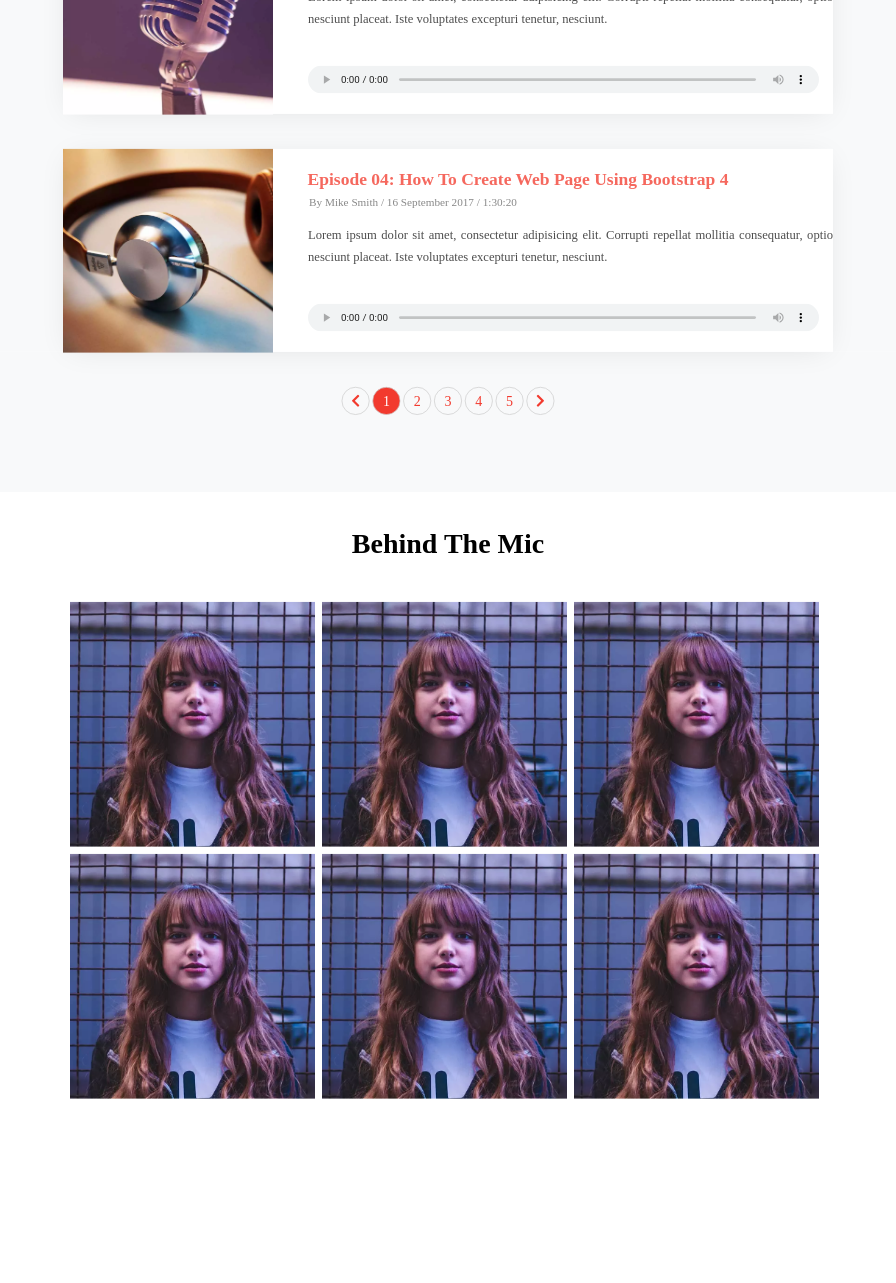
Repository: nhutduy0803/template2
Page: index.html
These files come from the project's save history. The page is drawn as it stood at one moment and after the next save; the edit follows.
The browser window is 1280 px wide. The pictures show the part of the page from y = 2164 to 4084 px (the page is 3997 px tall before and 4084 px after), at 70% of full size.

Above is the page before, as saved 2021-12-09 14:34:10.

After the next save:
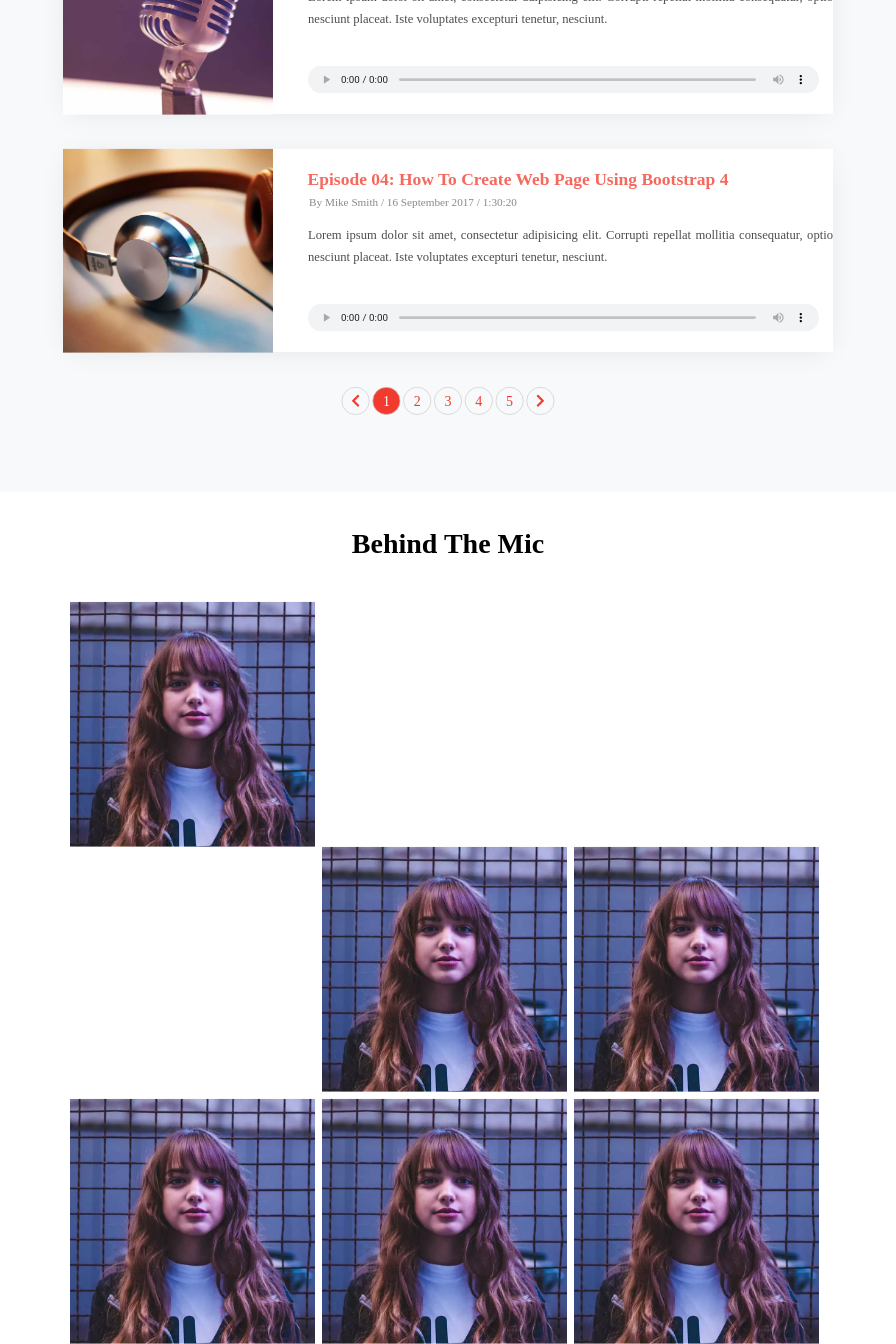
Saved 20 s later.
--- a/assets/css/style.css
+++ b/assets/css/style.css
@@ -358,3 +358,8 @@
   transition: 0.3s;
   position: relative;
 }
+
+.box-behind {
+  width: 350px;
+  height: 350px;
+}
